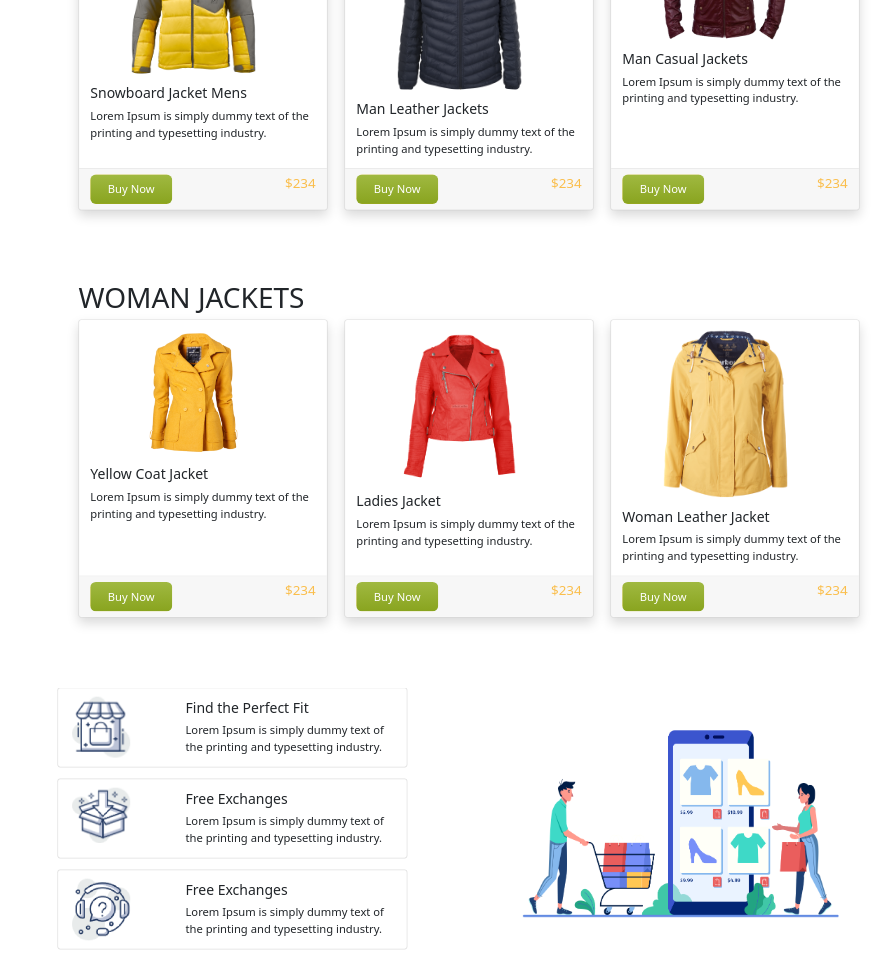
Repository: sabbircse3/fashion
Page: index.html
These files come from the project's save history. The page is drawn as it stood at one moment and after a run of saves; the edit follows.
The browser window is 1280 px wide. The pictures show the part of the page from y = 765 to 2685 px (the page is 2138 px tall before and 3354 px after), at 70% of full size.

Above is the page before, as saved 2021-01-14 04:15:27.

After the next 2 saves:
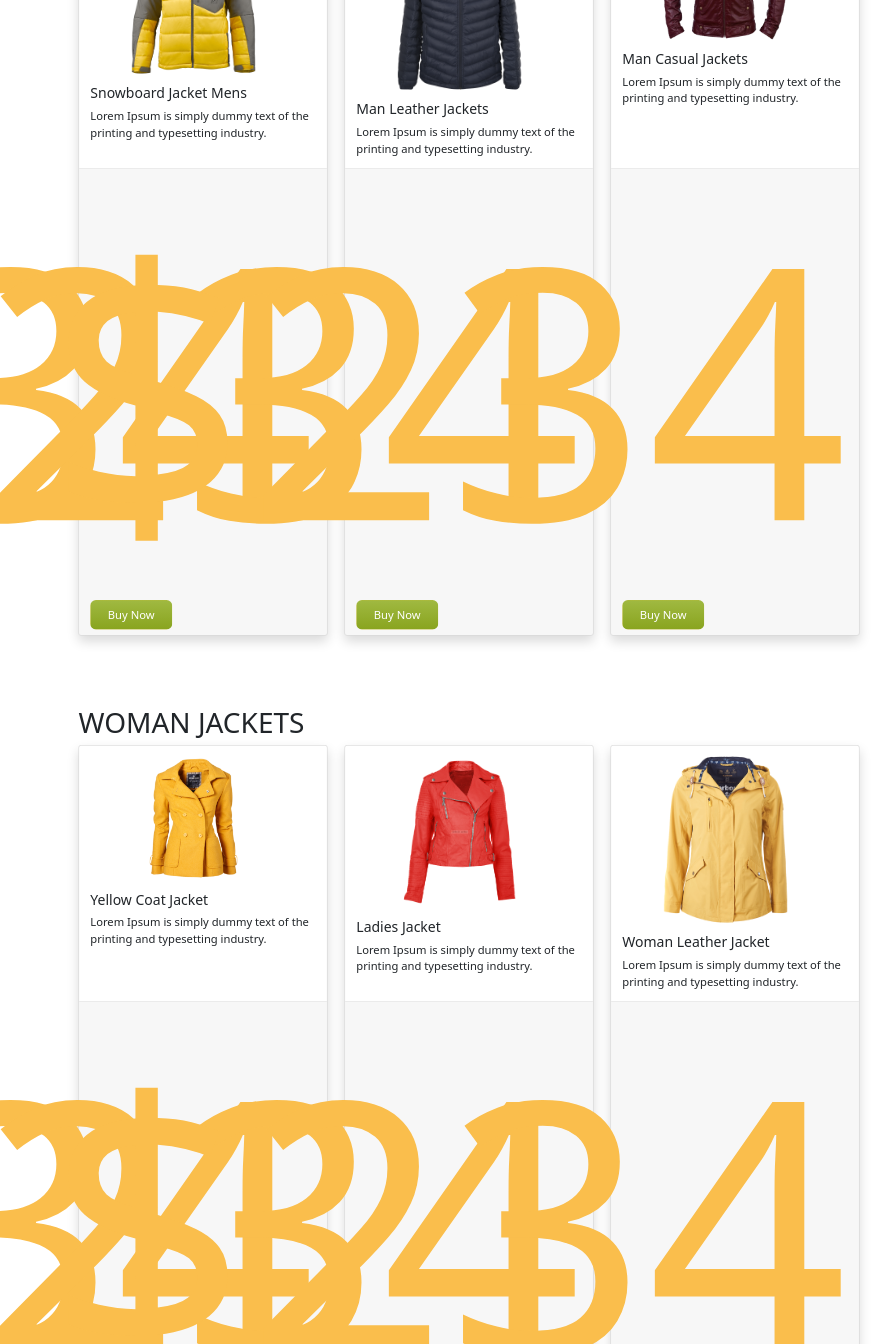
The 2 saves are shown as one change because they came seconds apart.
The last was saved 10 s later.
--- a/index.html
+++ b/index.html
@@ -73,7 +73,7 @@
 h4{
     position: relative;
     float: right;
-    font-size: larger;
+    font-size: 500px;
     color: #FABE4C;
 }
 
